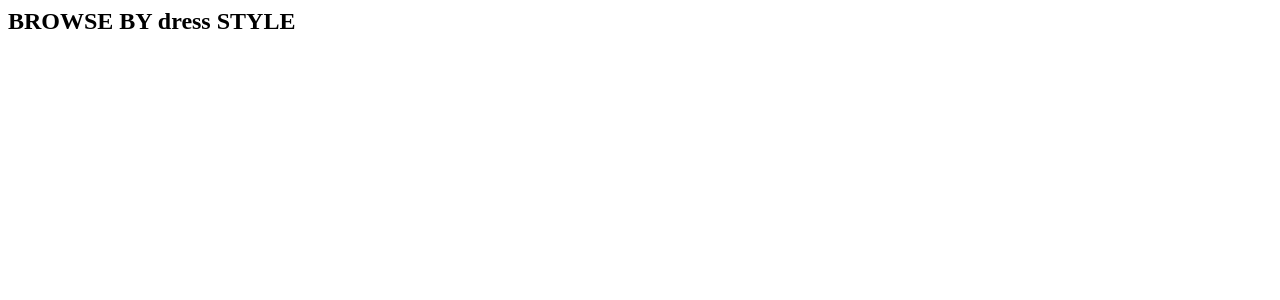
Repository: jekakoba/shop-co
Page: src/html/components/browse/_browse.html
The author's editor kept a copy of each file at every save. The page is drawn from the files as they stood at one save, then again after the next save.
The browser window is 1280 px wide. The pictures show the whole page.

Above is the page before, as saved 2025-03-04 18:58:37.

After the next save:
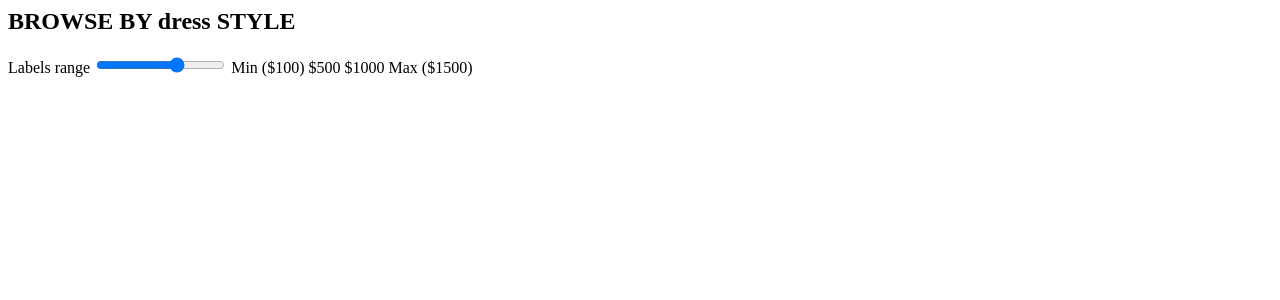
Saved 2 min 13 s later.
--- a/src/html/components/browse/_browse.html
+++ b/src/html/components/browse/_browse.html
@@ -1,3 +1,11 @@
 <section class="">
 	<h2 class="text-center font-bold font-f-secondary leading-none">BROWSE BY dress STYLE</h2>
+	<div class="relative mb-6">
+		<label for="labels-range-input" class="sr-only">Labels range</label>
+		<input id="labels-range-input" type="range" value="1000" min="100" max="1500" class="w-full h-2 bg-gray-200 rounded-lg appearance-none cursor-pointer dark:bg-gray-700">
+		<span class="text-sm text-gray-500 dark:text-gray-400 absolute start-0 -bottom-6">Min ($100)</span>
+		<span class="text-sm text-gray-500 dark:text-gray-400 absolute start-1/3 -translate-x-1/2 rtl:translate-x-1/2 -bottom-6">$500</span>
+		<span class="text-sm text-gray-500 dark:text-gray-400 absolute start-2/3 -translate-x-1/2 rtl:translate-x-1/2 -bottom-6">$1000</span>
+		<span class="text-sm text-gray-500 dark:text-gray-400 absolute end-0 -bottom-6">Max ($1500)</span>
+	</div>
 </section>
